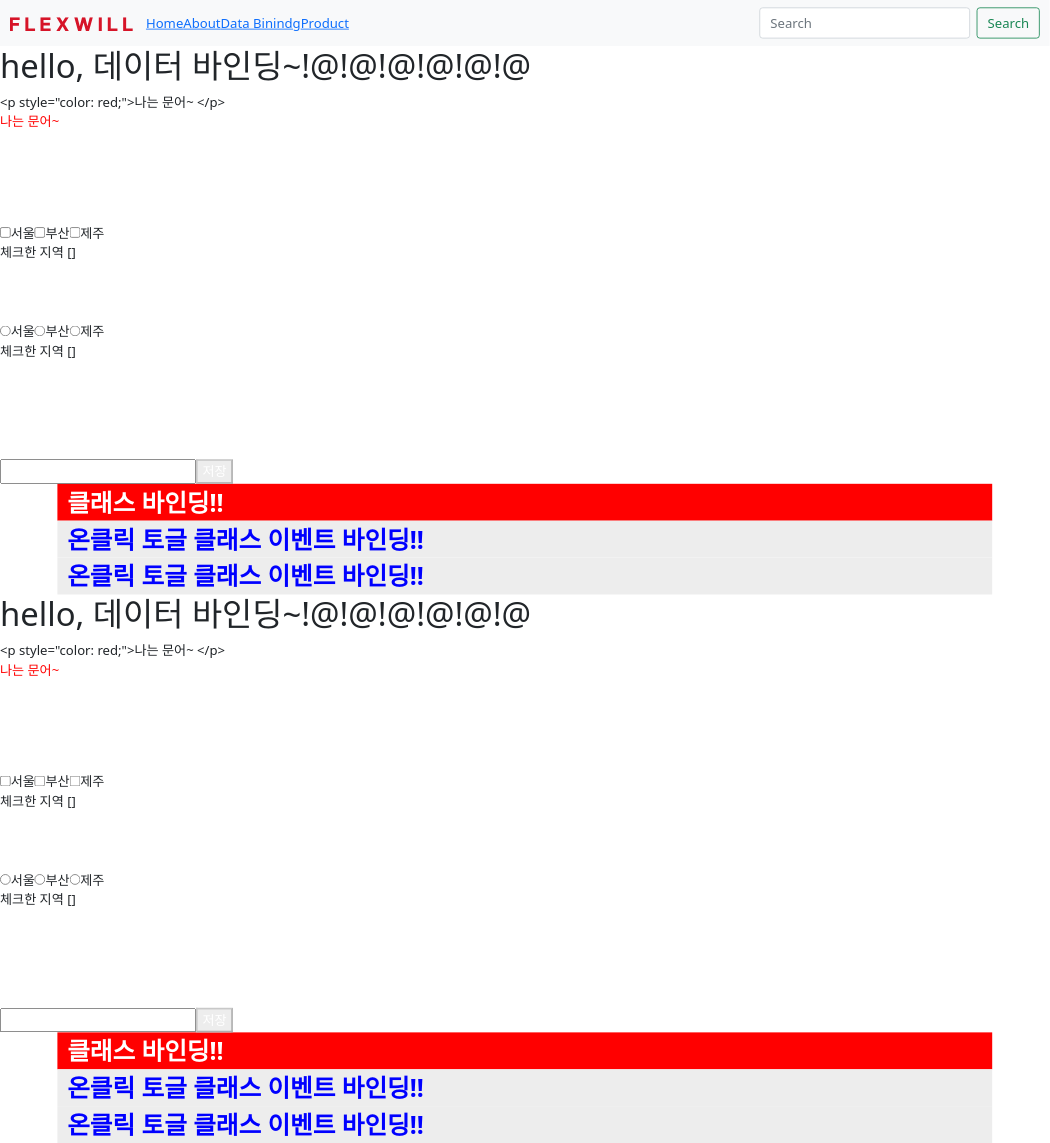
Repository: jang0ha/vue
Page: /databinding
The author's editor kept a copy of each file at every save. The page is drawn from the files as they stood at one save, then again after the next save.
The browser window is 1280 px wide. The pictures show the whole page, at 82% of full size.
The project was rebuilt for these pictures with package versions that can differ from the ones it lists, and the page was loaded fresh each time. Also part of the build but not shown: vue.config.js, src/components/HelloWorld.vue, src/views/HomeView.vue, src/views/AboutView.vue, src/views/ProductView.vue.

Above is the page before, as saved 2022-04-18 18:02:27.

After the next save:
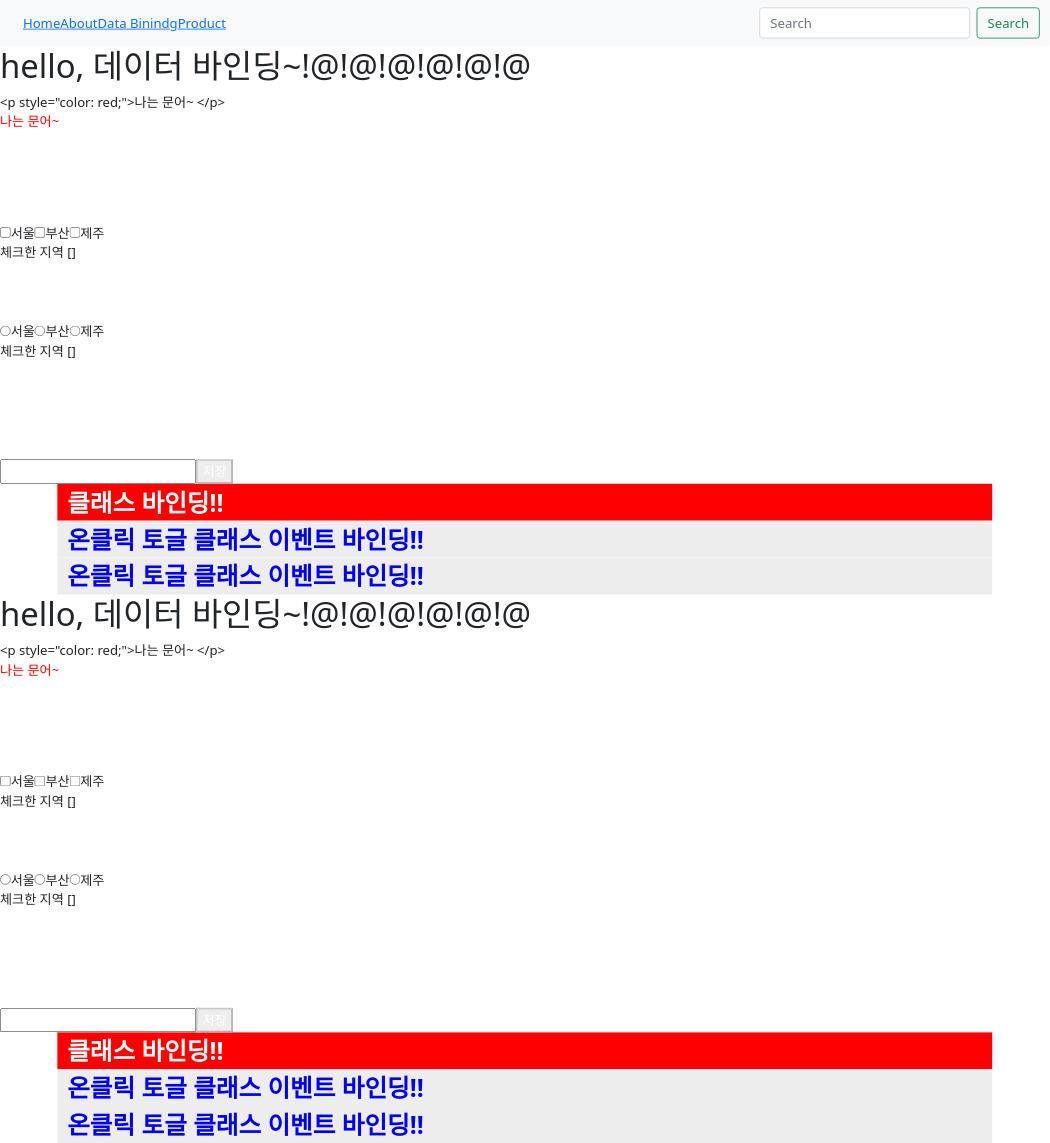
Saved 5 min 37 s later.
--- a/src/components/layout/Header.vue
+++ b/src/components/layout/Header.vue
@@ -46,11 +46,6 @@
 
 </template>
 
-<style>
-   .navbar-brand{
-       width:150px;
-   }
-</style>
 <script>
 export default {
     name : 'header-nav',//컴포넌트 이름

After the 4 saves that followed:
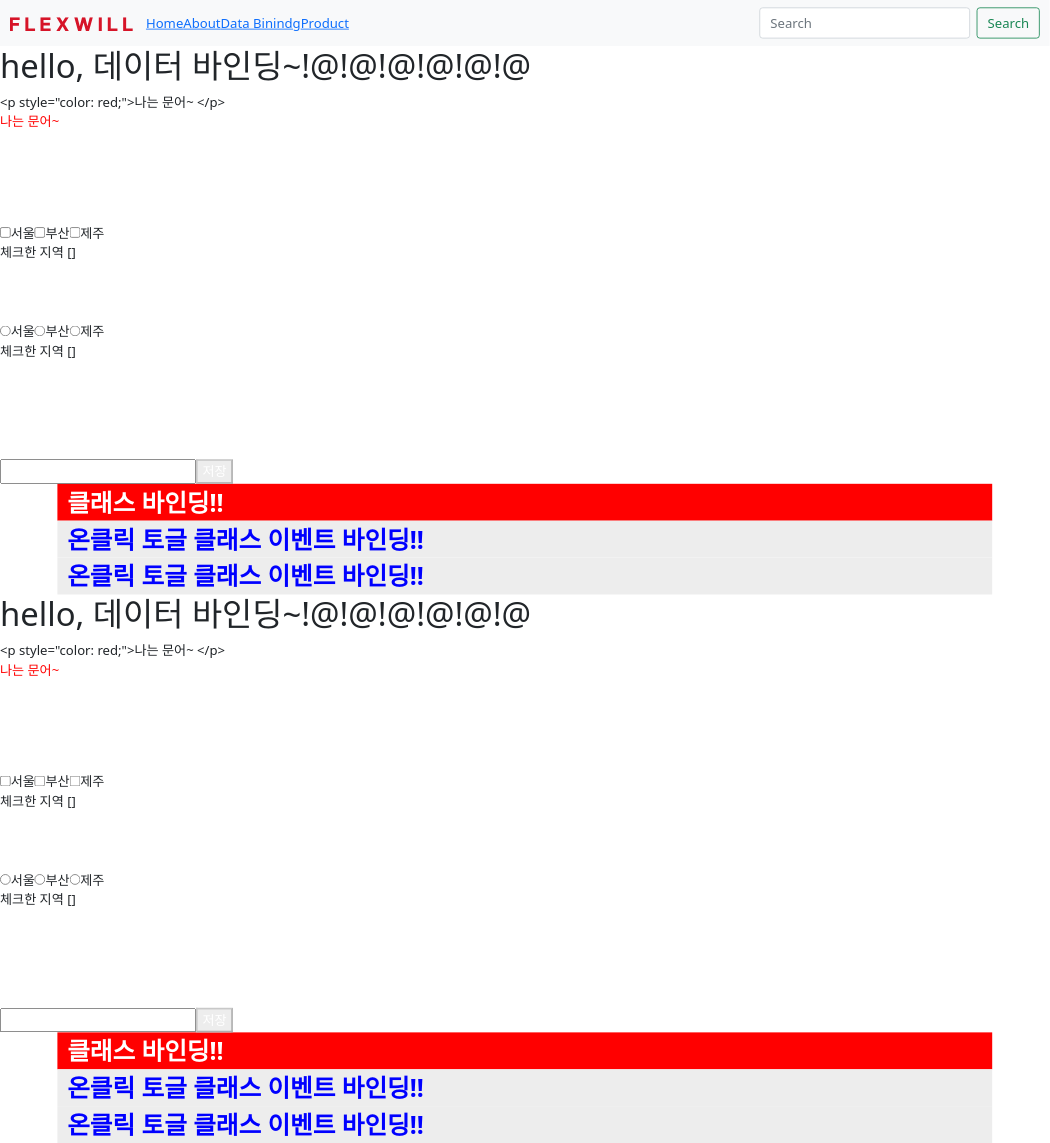
The 4 saves are shown as one change because 3 did not build or start.
The last was saved 51 s later.
--- a/src/App.vue
+++ b/src/App.vue
@@ -9,10 +9,12 @@
 
 <script>
 import Header from"./components/layout/Header.vue";
+import HeaderCss from"./assets/css/header.css";
 export default {
     name:"App",
     components:{
         Header,
+        HeaderCss,
     }
 }
 </script>
